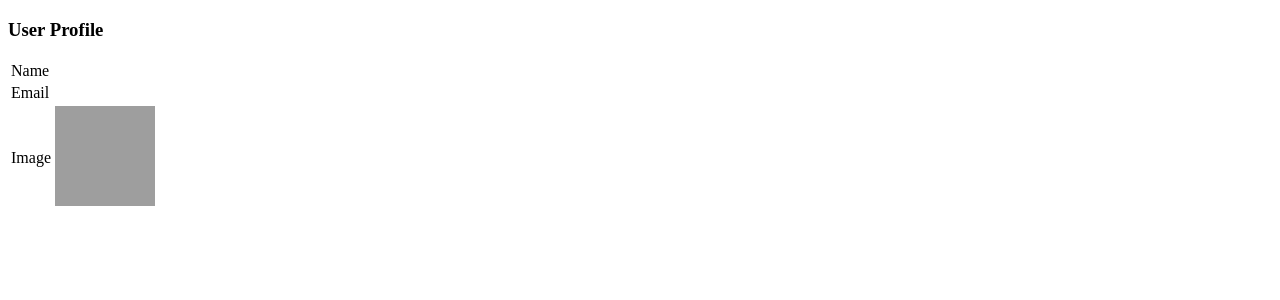
Repository: HsuMon123/Testing-Java-EE
Page: http://localhost/07-Servlet-File-Upload/display.jsp
An editor plug-in stored every save of this project. The page is shown before and after the next save, followed by the edit.
The browser window is 1280 px wide. The pictures show the whole page.
Pictures or frames that could not be fetched are drawn as grey boxes. The page is served by Tomcat 9.

Above is the page before, as saved 2020-12-22 05:05:31.

After the next save:
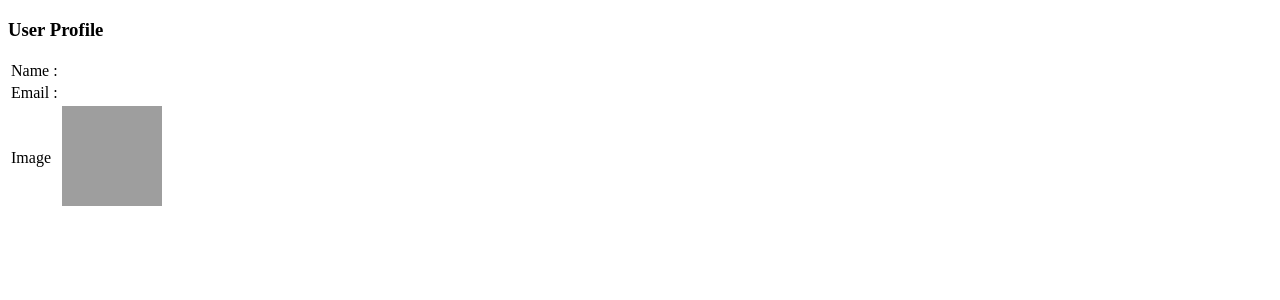
Saved 2 min 47 s later.
--- a/07-Servlet-File-Upload/src/main/webapp/display.jsp
+++ b/07-Servlet-File-Upload/src/main/webapp/display.jsp
@@ -11,11 +11,11 @@
 	<h3>User Profile</h3>
 	<table>
 		<tr>
-			<td>Name</td>
+			<td>Name :</td>
 			<td>${userinfo.username}</td>
 		</tr>
 		<tr>
-			<td>Email</td>
+			<td>Email :</td>
 			<td>${userinfo.email}</td>
 		</tr>
 		<tr>
